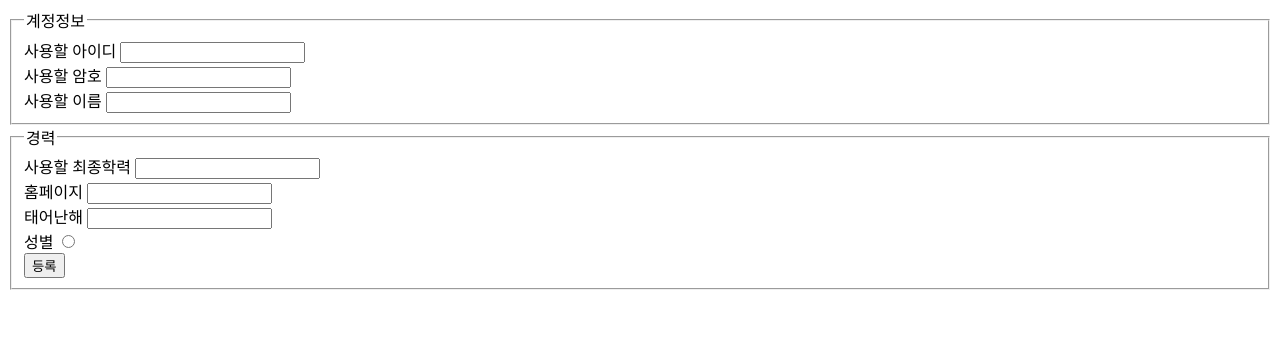
Repository: ybshim90/sesac1
Page: day_20211217_01_web/src/main/webapp/regist.html
An editor plug-in stored every save of this project. The page is shown before and after the next save, followed by the edit.
The browser window is 1280 px wide. The pictures show the whole page.

Above is the page before, as saved 2021-12-17 05:36:12.

After the next save:
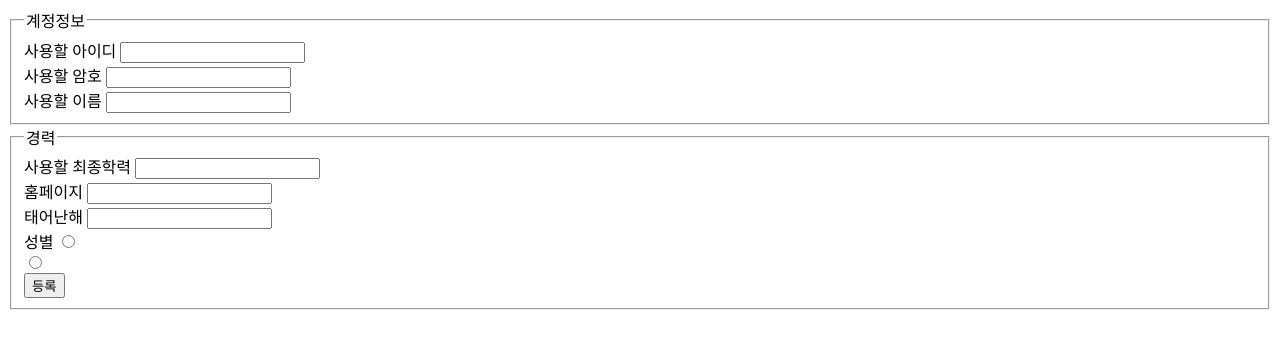
Saved 7 s later.
--- a/day_20211217_01_web/src/main/webapp/regist.html
+++ b/day_20211217_01_web/src/main/webapp/regist.html
@@ -37,6 +37,7 @@
 
 				<label>성별
 					<input type="radio" value="m" name="gender"><br>
+					<input type="radio" value="f" name="gender"><br>
 				</label>
 
 				<input type="submit" value="등록">
